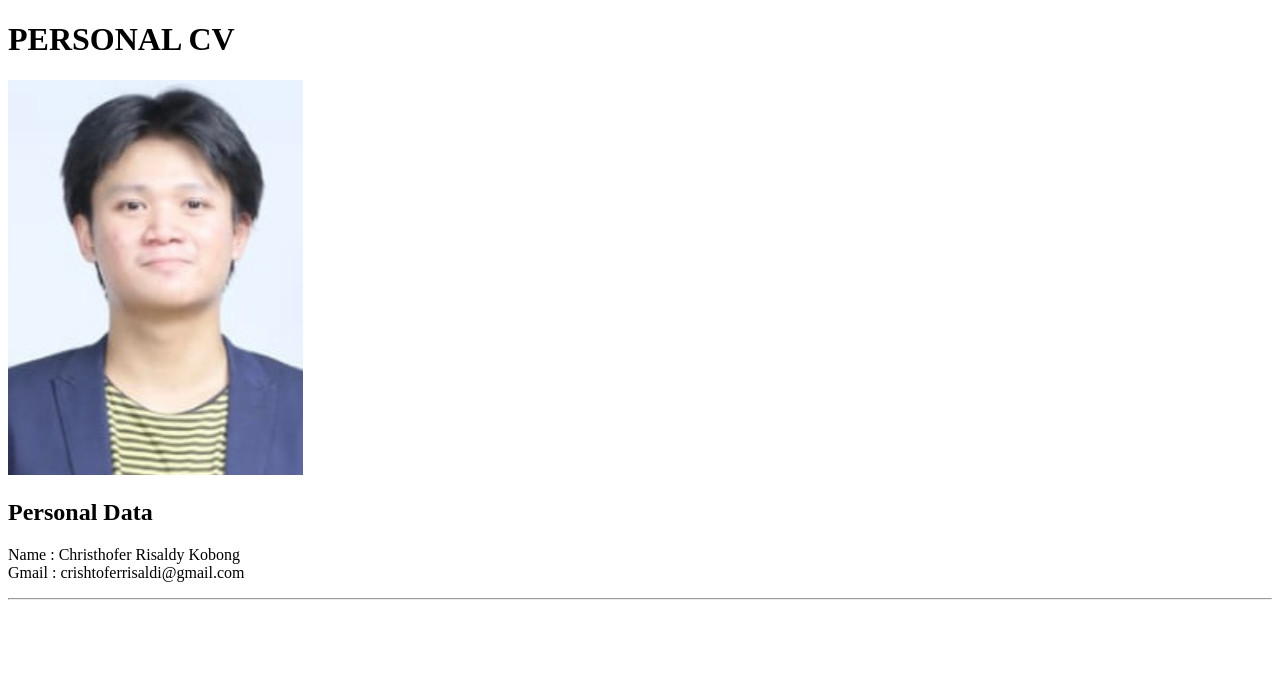
Repository: ChristhoferRisaldy/CVWeb
Page: web.html
An editor plug-in stored every save of this project. The page is shown before and after the next save, followed by the edit.
The browser window is 1280 px wide. The pictures show the whole page.

Above is the page before, as saved 2025-02-21 21:01:35.

After the next save:
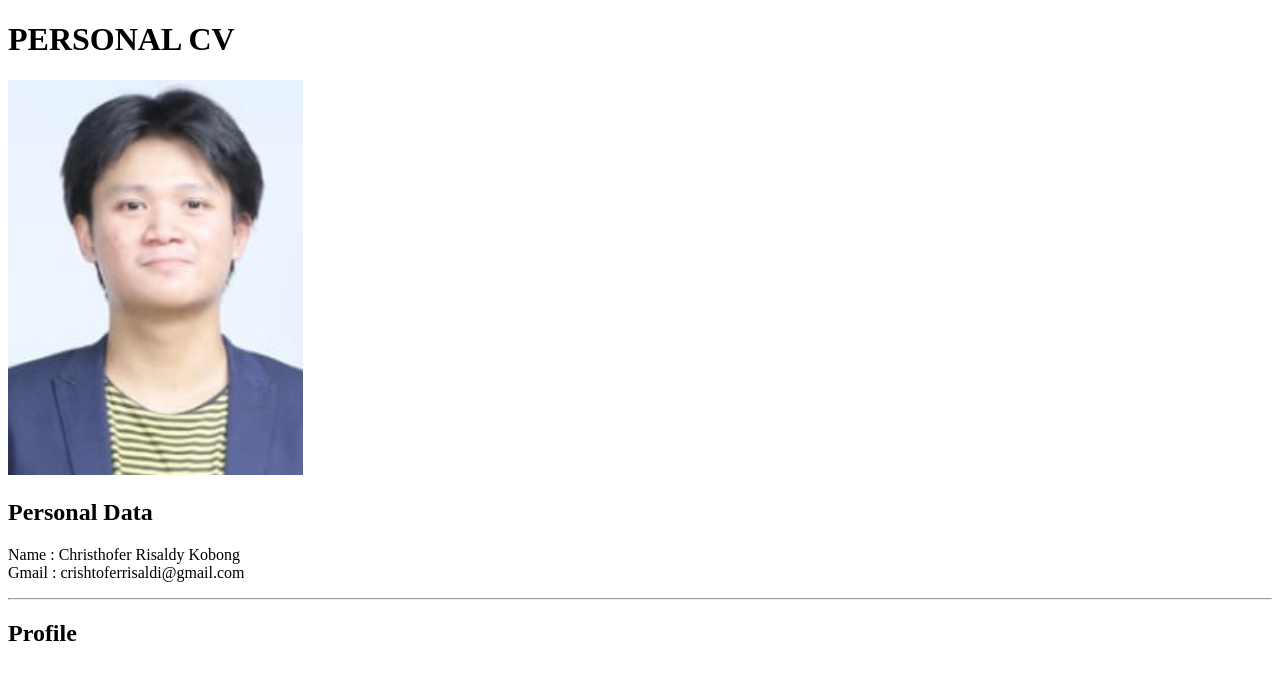
Saved 39 s later.
--- a/web.html
+++ b/web.html
@@ -12,4 +12,5 @@
             Gmail : crishtoferrisaldi@gmail.com<br>
         </p>
         <hr>
+        <h2>Profile</h2>
 </html>
